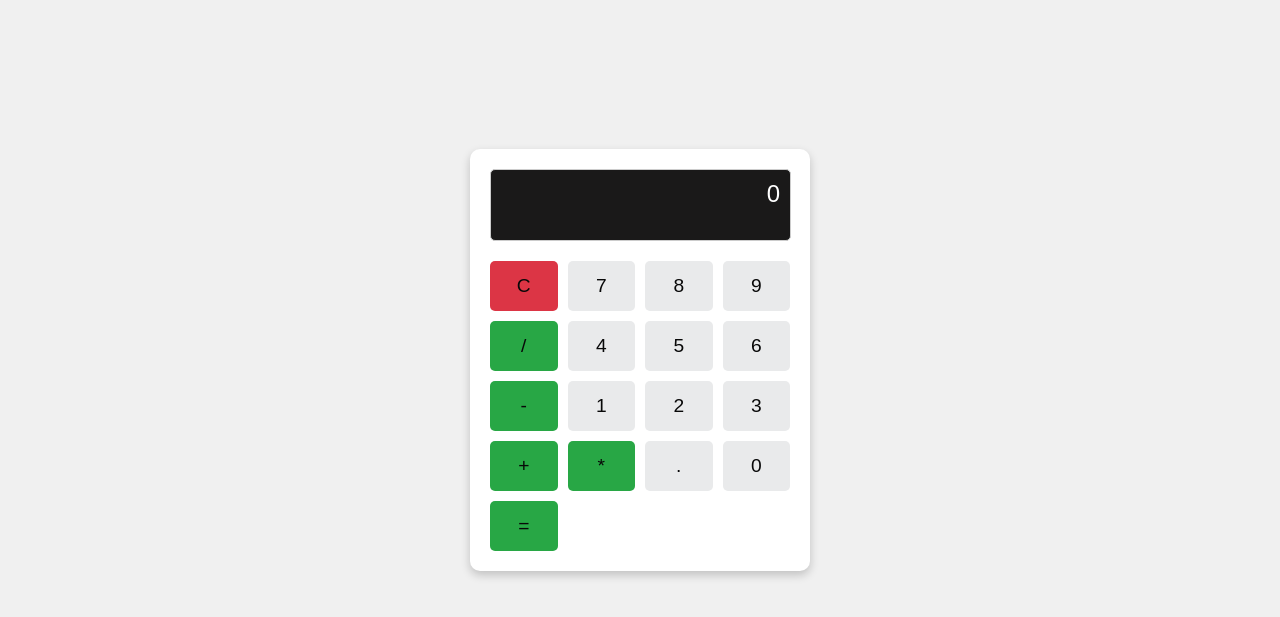
Repository: alizey12/calculator
Page: index.html
The author's editor kept a copy of each file at every save. The page is drawn from the files as they stood at one save, then again after the next save.
The browser window is 1280 px wide. The pictures show the whole page.

Above is the page before, as saved 2024-11-23 20:34:51.

After the next save:
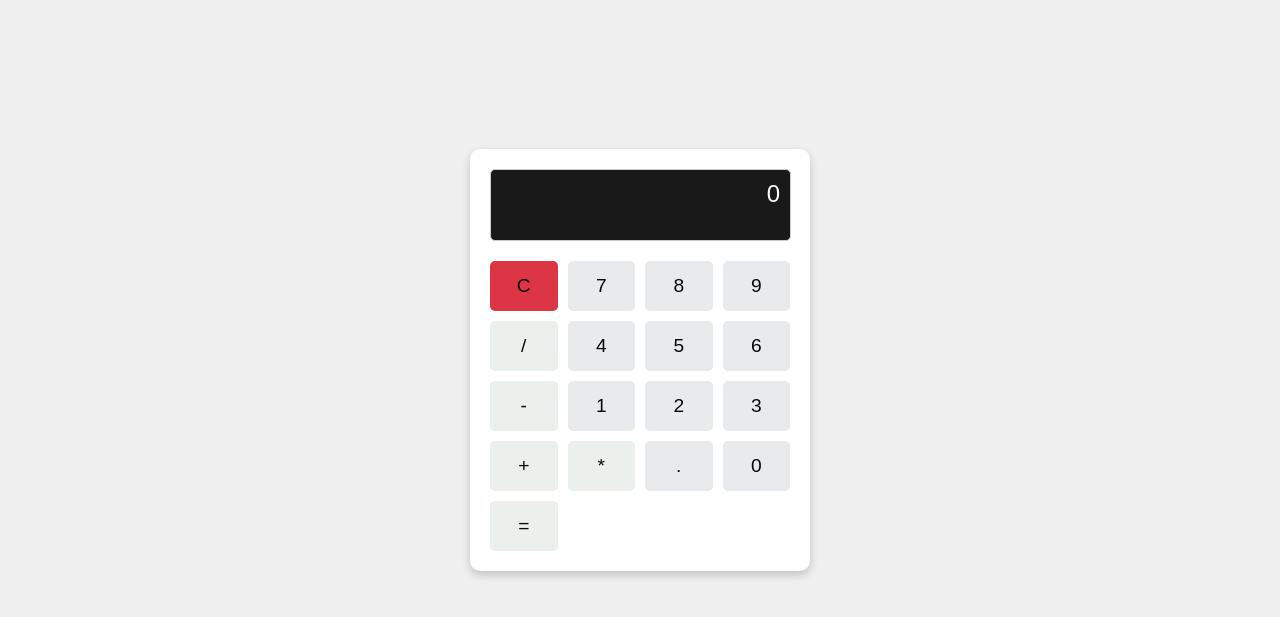
Saved 18 s later.
--- a/styles.css
+++ b/styles.css
@@ -52,7 +52,7 @@ body{
 }
 
 .btn.operator {
-    background: #28a745;
+    background: #ecf0ed;
 }
 
 .btn.operator:hover {
